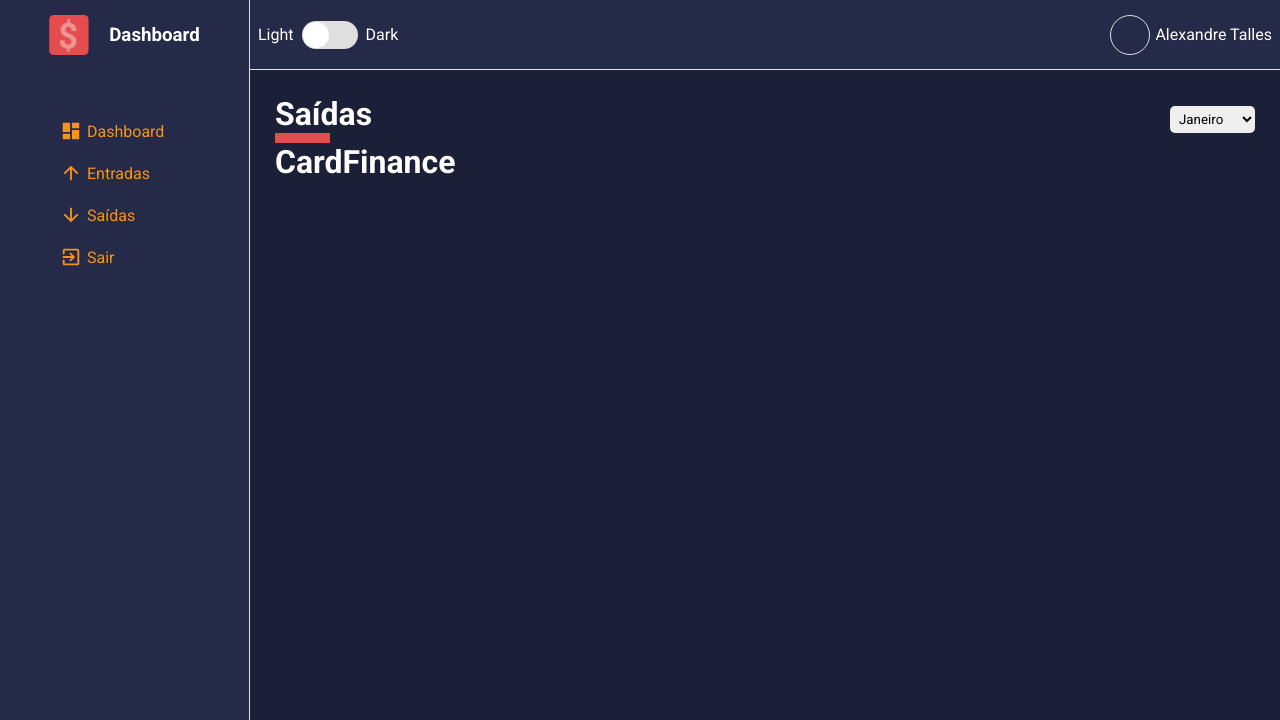
Repository: XFERRER7/dashboard
Page: /
The author's editor kept a copy of each file at every save. The page is drawn from the files as they stood at one save, then again after a run of saves.
The browser window is 1280 px wide. The pictures show the whole page.
The project was rebuilt for these pictures with package versions that can differ from the ones it lists, and the page was loaded fresh each time. Also part of the build but not shown: vite.config.ts.

Above is the page before, as saved 2022-07-11 16:40:29.

After the next 3 saves:
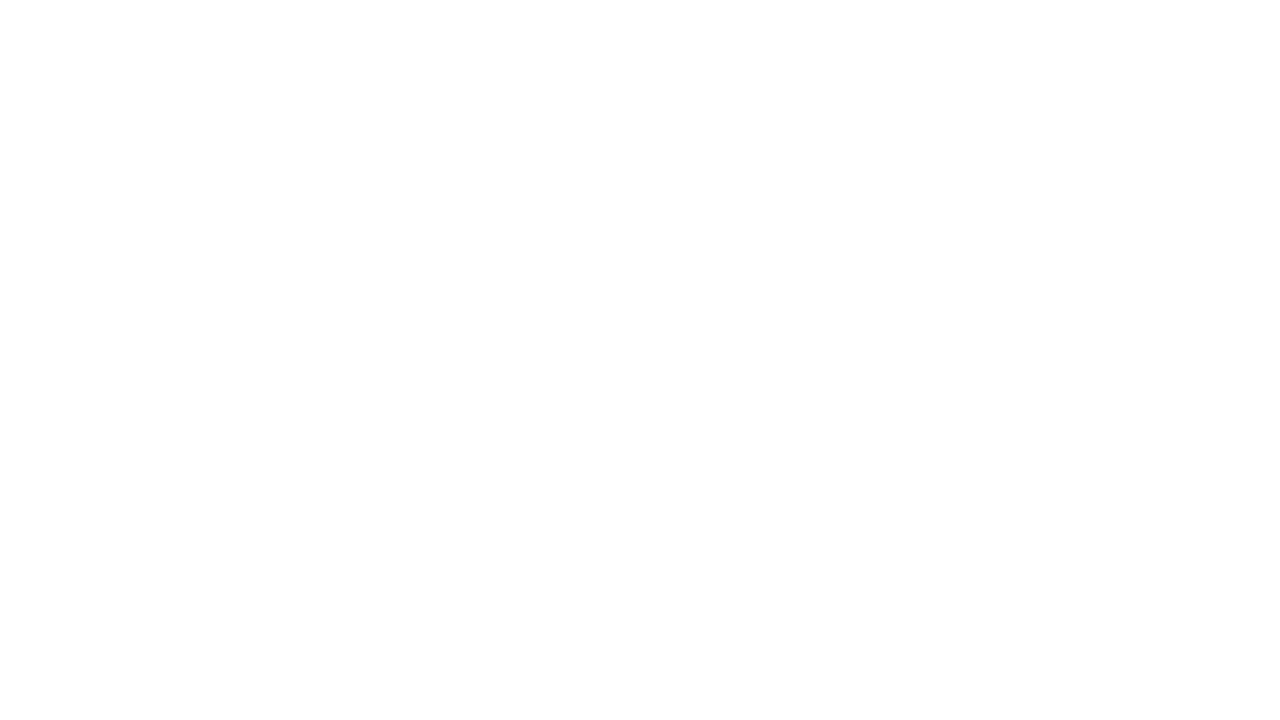
Console error: ReferenceError: Card is not defined
The 3 saves are shown as one change because 1 did not build or start and some came seconds apart.
The last was saved 66 s later.
--- a/src/components/CardFinance/index.tsx
+++ b/src/components/CardFinance/index.tsx
@@ -11,7 +11,9 @@ export const CardFinance = () => {
 
   return (
     <Container>
-      <h1>CardFinance</h1>
+      <Card>
+
+      </Card>
     </Container>
   )
 }

After the 3 saves that followed:
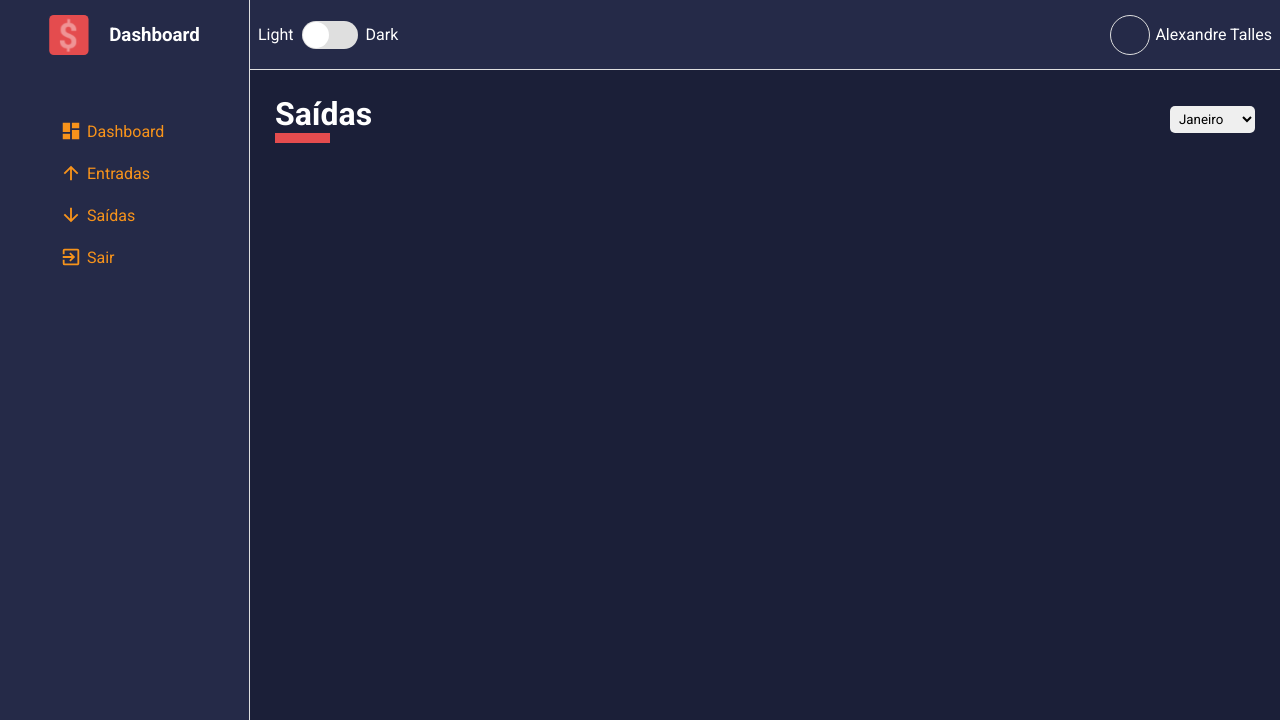
The error is gone.
The 3 saves are shown as one change because 1 did not build or start and some came seconds apart.
The last was saved 12 s later.
--- a/src/components/CardFinance/index.tsx
+++ b/src/components/CardFinance/index.tsx
@@ -2,7 +2,7 @@
 import { Toggle } from '../../MiniComponents/Toggle'
 import {
   Container,
-
+  Card
 }
   from './Styles'
 
--- a/src/components/CardFinance/Styles.ts
+++ b/src/components/CardFinance/Styles.ts
@@ -3,3 +3,6 @@ import styled from "styled-components"
 export const Container = styled.div`
 
 `
+export const Card = styled.div`
+
+`
